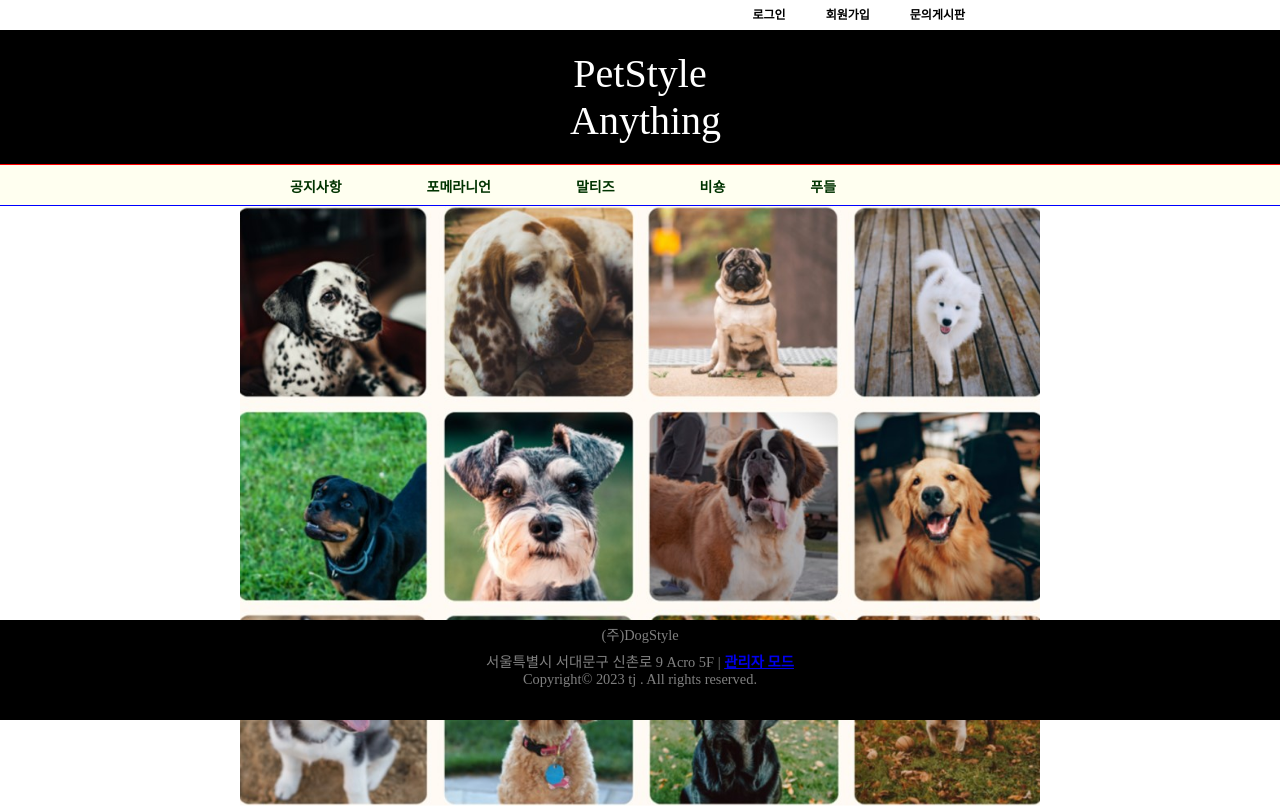
Repository: kdkk2000/Project
Page: http://localhost/petstyle/main/main.jsp
These files come from the project's save history. The page is drawn as it stood at one moment and after the next save; the edit follows.
The browser window is 1280 px wide. The pictures show the whole page.
The page is served by Tomcat 9. Other server files are loaded and not shown. The template is opened directly, without the code that normally fills it, so the values that code supplies are empty.

Above is the page before, as saved 2023-03-28 05:34:04.

### petstyle/WebContent/main/main.jsp
<%@ page language="java" contentType="text/html; charset=UTF-8"
    pageEncoding="UTF-8"%>
<%@taglib prefix="c" uri="http://java.sun.com/jsp/jstl/core"%>
<%@taglib prefix="fmt" uri="http://java.sun.com/jsp/jstl/fmt" %>
<c:set var="conPath" value="${pageContext.request.contextPath }"/>
<!DOCTYPE html>
<html>
<head>
	<meta charset="UTF-8">
	<title>Insert title here</title>
	<link href="${conPath }/css/style.css" rel="stylesheet">
</head>
<body>
	<c:if test="${not empty next }">
		<script>
			location.href = '${conPath}/${next}';
		</script>
	</c:if>
	<c:if test="${not empty loginErrorMsg }">
		<script>
			alert('${loginErrorMsg}');
			history.back();
		</script>
	</c:if>
	<c:if test="${not empty modifyResult }">
		<script>alert('${modifyResult}');</script>
	</c:if>
	<c:if test="${not empty deleteResult }">
		<script>
			alert('${deleteResult}');
		</script>
	</c:if>
	<jsp:include page="../main/header.jsp"/>
	<div id="content_form">
	</div>
	<jsp:include page="../main/footer.jsp"/>
</body>
</html>

### petstyle/WebContent/main/header.jsp
<%@ page language="java" contentType="text/html; charset=UTF-8"
    pageEncoding="UTF-8"%>
<%@taglib prefix="c" uri="http://java.sun.com/jsp/jstl/core"%>
<%@taglib prefix="fmt" uri="http://java.sun.com/jsp/jstl/fmt" %>
<c:set var="conPath" value="${pageContext.request.contextPath }"/>
<!DOCTYPE html>
<html>
<head>
	<meta charset="UTF-8">
	<title>Insert title here</title>
<style>
	*{padding:0; margin: 0;}
	header {
		background-color: black; font-size: 10pt; color: white;
	}
	header a {text-decoration: none; font-weight: bold;}
	header li {list-style: none;}
	header .gnb {
	    width: 100%;
	    background-color: white;
	    margin-left: auto;
	}
	header .gnb ul {
		overflow: hidden;
		width:700px;
		height: 30px;
		line-height: 30px;
		margin: 0 auto;
	}
	header .gnb ul li {	float: right; margin-right:10px;}
	header .gnb a {
		color : black;
		font-size: 0.9em;
		display: block;
		padding-left:15px;
		padding-right:15px;
	}
	header .gnb a:hover {
		font-size: 1.2em;
  		background-color: black;
  		color: white;
	}

	header .logo{
		width:140px; text-align:center;
		margin: 20px auto; font-size:3em;
		cursor: pointer;
	}
	header .lnb {
		background-color: ivory;
	  	width: 100%; height: 40px;
	  	border-top: 1px solid red;
		border-bottom: 1px solid blue;
		position:relative; /*서브메뉴가 main영역 위로 */
	}
	header .lnb ul{
		text-align:center;
		overflow: hidden;
		width:800px;
		margin: 0 auto;
	}
	header .lnb ul>li {
		font-weight: bold;
		font-size: 14px;
		margin: 5px;
		margin-left: 20px;
		float:left;
		padding:5px 30px;
		line-height: 25px;
	}
	header .lnb li:hover {
  		background-color: black;
  		color: white;
	}
	header .lnb a {
		color : white;
		font-size: 0.9em;
		display: block;
		padding-left:15px;
		padding-right:15px;
	}
	header .lnb a:hover {
  		background-color: yellow;
  		color: black;
	}
	header .lnb li {color: #003300;}
	header .lnb ul li .subMenu {display:none;}
	header .lnb ul li:hover .subMenu {display: block; margin: 10px 0 0 0;}
</style>
</head>
<body>
<header>
	<c:if test="${empty user and empty admin}"> <%-- 로그인 전 화면 --%>
		<div class="gnb">
			<ul>
				<li><a href="${conPath }/boardList.do">문의게시판</a></li>
				<li><a href="${conPath }/joinView.do">회원가입</a></li>
				<li><a href="${conPath }/loginView.do">로그인</a></li>
			</ul>
		</div>
		<div class="logo" onclick="location.href='${conPath}/main.do'">
			PetStyle Anything
		</div>
		<div class="lnb">
			<ul>
				<li>공지사항
					<ol class="subMenu">
						<li><a href="#">공지사항</a></li>
					</ol>
				</li>
				<li>포메라니언
					<ol class="subMenu">
						<li><a href="#">곰돌이컷</a></li>
						<li><a href="#">물개컷</a></li>
						<li><a href="#">포메컷</a></li>
						<li><a href="#">라이언컷</a></li>
						<li><a href="#">풀코트</a></li>
					</ol>
				</li>
				<li>말티즈
					<ol class="subMenu">
						<li><a href="#">알밤컷</a></li>
						<li><a href="#">곰돌이컷</a></li>
						<li><a href="#">베이비컷 </a></li>
						<li><a href="#">무스타슈 </a></li>
					</ol>
				</li>
				<li>비숑
					<ol class="subMenu">
						<li><a href="#">하이바컷</a></li>
						<li><a href="#">귀툭튀컷</a></li>
					</ol>
				</li>
				<li>푸들
					<ol class="subMenu">
						<li><a href="#">양컷</a></li>
						<li><a href="#">몽키컷</a></li>
						<li><a href="#">브로콜리컷</a></li>
						<li><a href="#">테디베어컷</a></li>
						<li><a href="#">귀똑컷</a></li>
					</ol>
				</li>
			</ul>
		</div>
	</c:if>
	<c:if test="${not empty user and empty admin}"> <%-- 사용자 모드 로그인 화면--%>
		<div class="gnb">
			<ul>
				<li><a href="${conPath }/boardList.do">문의게시판</a></li>
				<li><a href="${conPath }/logout.do">로그아웃</a></li>
				<li><a href="${conPath }/modifyView.do">정보수정</a></li>
				<li><a>${user.userName }님 &nbsp; ▶</a></li>
			</ul>
		</div>
		<div class="logo" onclick="location.href='${conPath}/main.do'">
			PetStyle Anything
		</div>
		<div class="lnb">
			<ul>
				<li>공지사항
					<ol class="subMenu">
						<li><a href="#">공지사항</a></li>
					</ol>
				</li>
				<li>포메라니언
					<ol class="subMenu">
						<li><a href="#">곰돌이컷</a></li>
						<li><a href="#">물개컷</a></li>
						<li><a href="#">포메컷</a></li>
						<li><a href="#">라이언컷</a></li>
						<li><a href="#">풀코트컷</a></li>
					</ol>
				</li>
				<li>말티즈
					<ol class="subMenu">
						<li><a href="#">알밤컷</a></li>
						<li><a href="#">곰돌이컷</a></li>
						<li><a href="#">베이비컷 </a></li>
						<li><a href="#">무스타슈컷 </a></li>
					</ol>
				</li>
				<li>비숑
					<ol class="subMenu">
						<li><a href="#">하이바컷</a></li>
						<li><a href="#">귀툭튀컷</a></li>
					</ol>
				</li>
				<li>푸들
					<ol class="subMenu">
						<li><a href="#">양컷</a></li>
						<li><a href="#">몽키컷</a></li>
						<li><a href="#">브로콜리컷</a></li>
						<li><a href="#">테디베어컷</a></li>
						<li><a href="#">귀똑컷</a></li>
					</ol>
				</li>
			</ul>
		</div>
	</c:if>
	<c:if test="${empty user and not empty admin}"> <%-- 관리자 모드 로그인 화면--%>
		<div class="gnb">
			<ul>
				<li><a href="${conPath }/boardList.do">문의게시판</a></li>
				<li><a href="${conPath }/logout.do">관리자모드나가기</a></li>
				<li><a href="${conPath }/adminModify.do">정보수정</a></li>
				<li><a>${admin.adminName }님 &nbsp; ▶</a></li>
			</ul>
		</div>
		<div class="logo" onclick="location.href='${conPath}/main.do'">
			PetStyle Anything
		</div>
		<div class="lnb">
			<ul>
				<li>공지사항
					<ol class="subMenu">
						<li><a href="#">공지사항</a></li>
					</ol>
				</li>
				<li>관리자 리스트
					<ol class="subMenu">
						<li><a href="#">관리자 리스트</a></li>
					</ol>
				</li>
				<li>회원 리스트
					<ol class="subMenu">
						<li><a href="#">회원 리스트</a></li>
					</ol>
				</li>
				<li>관리자 메모장
					<ol class="관리자 메모장">
						<li><a href="#">관리자 메모장</a></li>
					</ol>
				</li>
			</ul>
		</div>
	</c:if>
</header>
</body>
</html>

### petstyle/WebContent/main/footer.jsp
<%@ page language="java" contentType="text/html; charset=UTF-8"
    pageEncoding="UTF-8"%>
<%@taglib prefix="c" uri="http://java.sun.com/jsp/jstl/core"%>
<%@taglib prefix="fmt" uri="http://java.sun.com/jsp/jstl/fmt" %>
<c:set var="conPath" value="${pageContext.request.contextPath }"/>
<!DOCTYPE html>
<html>
<head>
<meta charset="UTF-8">
<title>Insert title here</title>
	<style>
	footer {
		position: fixed;
		bottom: 0;
		height: 100px;
		background-color: black;
		width: 100%;
	}

	#footer_conts {
		color: gray;
		font-size: 0.9em;
		text-align: center;
		margin: 0 auto;
		width: 80%;
	}

	#footer_conts p:first-child {
		height: 30px;
		line-height: 30px;
	}
</style>
</head>
<body>
	<footer>
		<div id="footer_conts">
			<p>(주)DogStyle</p>
			<p>서울특별시 서대문구 신촌로 9 Acro 5F | <b><a href="${conPath }/adminLoginView.do">관리자 모드</a></b></p>
			<p>Copyright© 2023 tj . All rights reserved.</p>
		</div>
	</footer>
</body>
</html>

### petstyle/WebContent/css/style.css
#content_form {
	background-image: url("../fileBoardUp/dog.jpg");
	background-repeat: no-repeat;
	background-position: center;
	background-size: cover;
	width: 800px;
	height: 600px;
	margin: 0 auto;
	text-align: center;
	font-size: 1em;
}

form {
	margin-top: 30px;
	text-align: center;
}

table {
	margin: 0 auto;
}

caption {
	font-size: 1em;
	font-weight: bold;
	margin-bottom: 10px;
}

th {
	font-size: 1em;
	font-weight: bold;
	text-align: right;
	padding-right: 10px;
	padding-bottom: 15px;padding-top: 5px;
}

td {
	font-size: 1em;
	text-align: left;
	padding-left: 10px;
}

input[type="text"],
input[type="password"] {
	font-size: 1em;
	padding: 5px;
	width: 200px;
	box-sizing: border-box;
}

input[type="submit"],
input[type="button"],
input[type="reset"] {
	font-size: 1em;
	margin-top: 20px;
	padding: 5px 10px;
	margin-left: 20px;
	border: none;
	border-radius: 5px;
	background-color: #0095FF;
	color: white;
	cursor: pointer;
}

input[type="submit"]:hover,
input[type="button"]:hover {
	background-color: #0077CC;
}

After the next save:
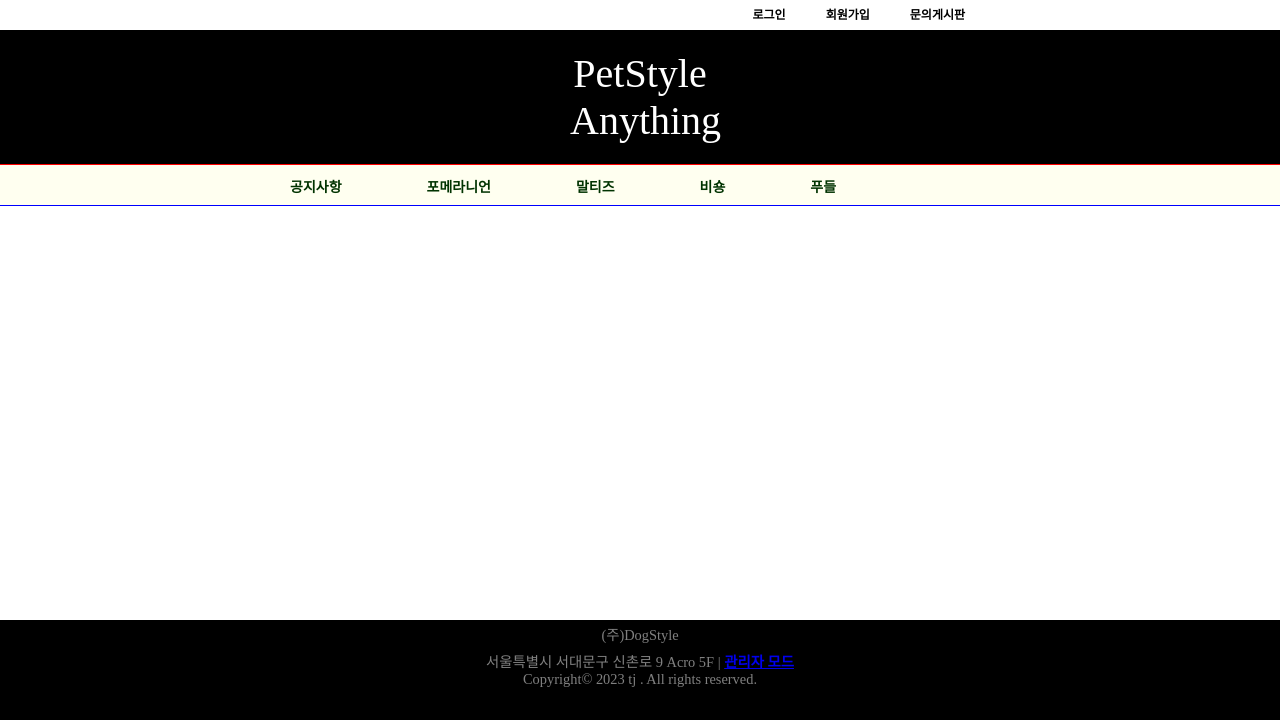
Saved 2 min 5 s later.
--- a/petstyle/WebContent/css/style.css
+++ b/petstyle/WebContent/css/style.css
@@ -1,14 +1,3 @@
-#content_form {
-	background-image: url("../fileBoardUp/dog.jpg");
-	background-repeat: no-repeat;
-	background-position: center;
-	background-size: cover;
-	width: 800px;
-	height: 600px;
-	margin: 0 auto;
-	text-align: center;
-	font-size: 1em;
-}
 
 form {
 	margin-top: 30px;
